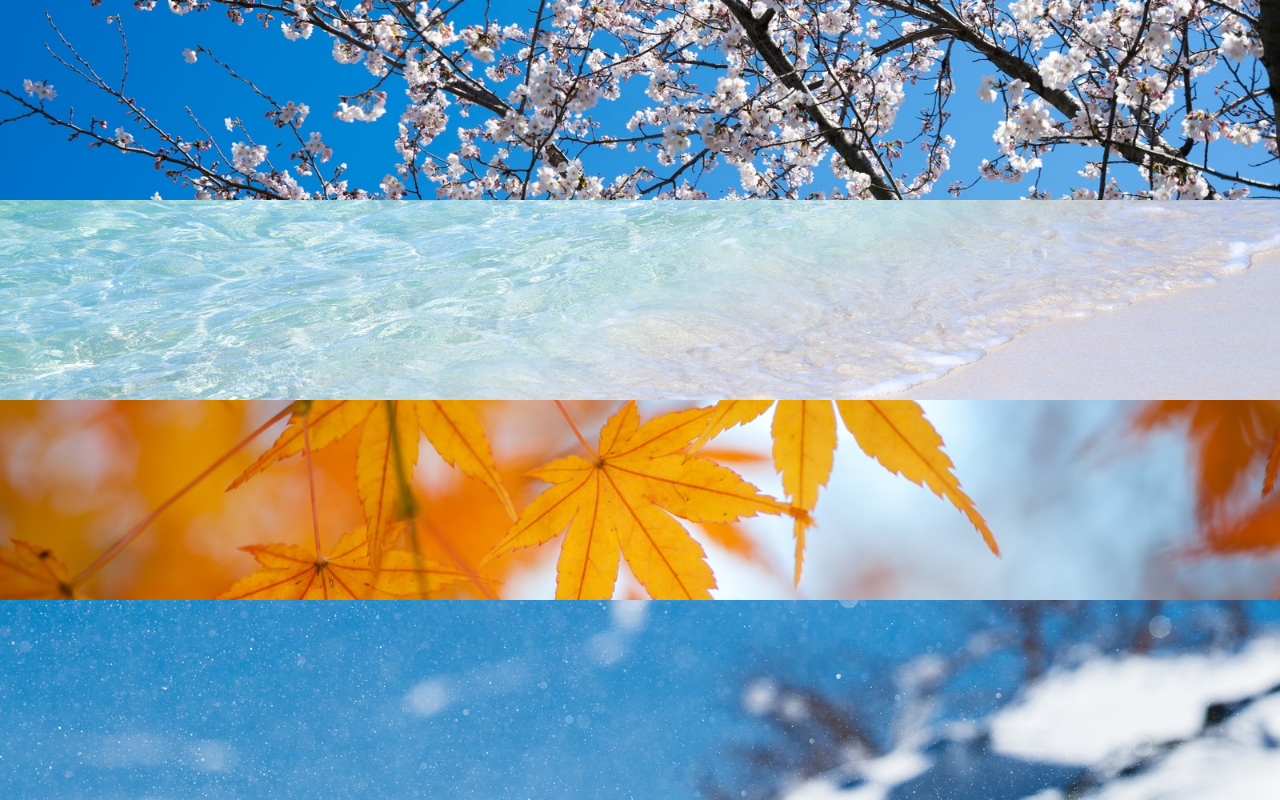
Repository: nonishi/1-6
Page: index.html
The author's editor kept a copy of each file at every save. The page is drawn from the files as they stood at one save, then again after a run of saves.
The browser window is 1280 px wide. The pictures show the whole page.

Above is the page before, as saved 2021-06-02 16:20:08.

### index.html
<!DOCTYPE html>
<html lang="ja">
<head>
  <meta charset="UTF-8">
  <link rel="stylesheet" href="style.css">
  <title>chapter6_exercise</title>
</head>
<body>
  <div class="spring"></div>
  <div class="summer"></div>
  <div class="autumn"></div>
  <div class="winter"></div>
</body>
</html>

### style.css
*{
  margin: 0;
  padding: 0;
  box-sizing: border-box;
}
.spring{
  height: 200px;
  background-image: url(img/box1.jpg);
  background-size: cover;
  background-position: center;
}
.summer{
  height: 200px;
  background-image: url(img/box2.jpg);
  background-size: cover;
  background-position: center;
}
.autumn{
  height: 200px;
  background-image: url(img/box3.jpg);
  background-size: cover;
  background-position: center;
}
.winter{
  height: 200px;
  background-image: url(img/box4.jpg);
}

After the next 2 saves:
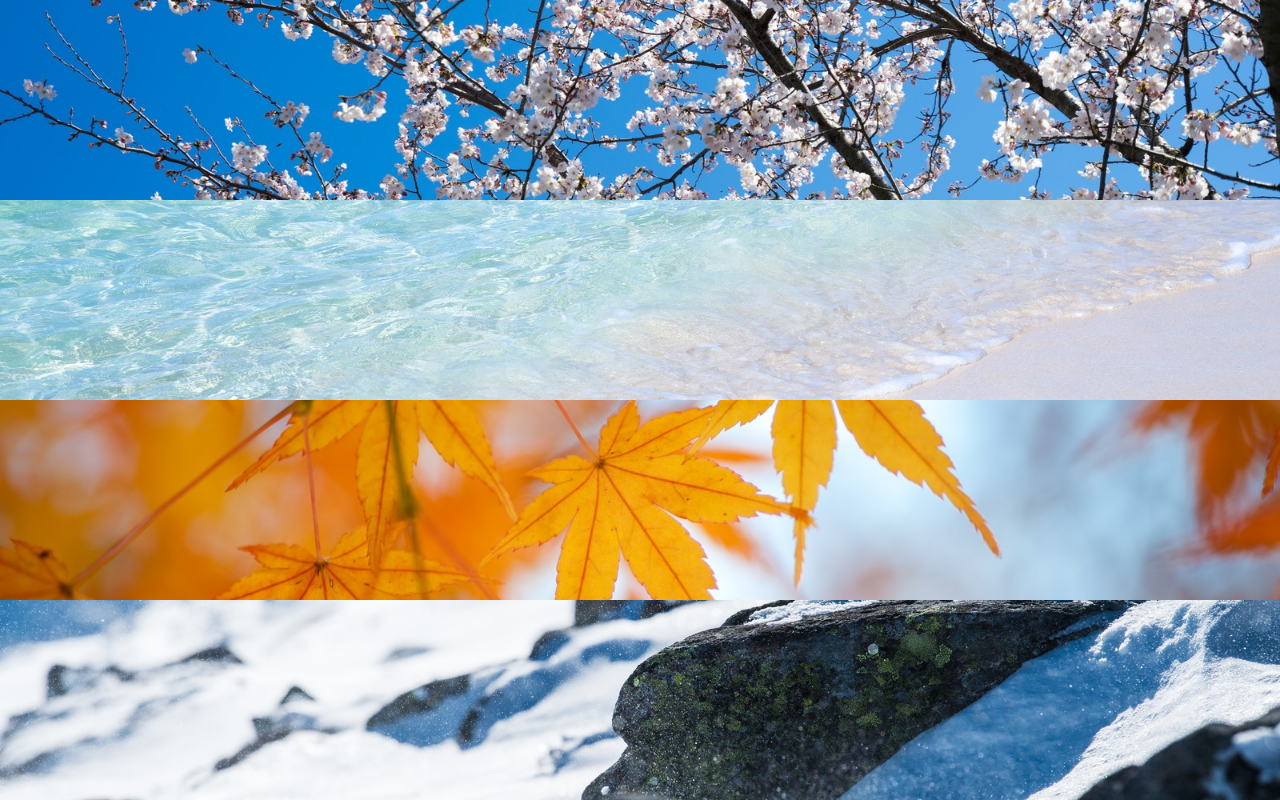
The 2 saves are shown as one change because they came seconds apart.
The last was saved 5 s later.
--- a/style.css
+++ b/style.css
@@ -24,4 +24,6 @@
 .winter{
   height: 200px;
   background-image: url(img/box4.jpg);
+  background-size: cover;
+  background-position: center;
 }
